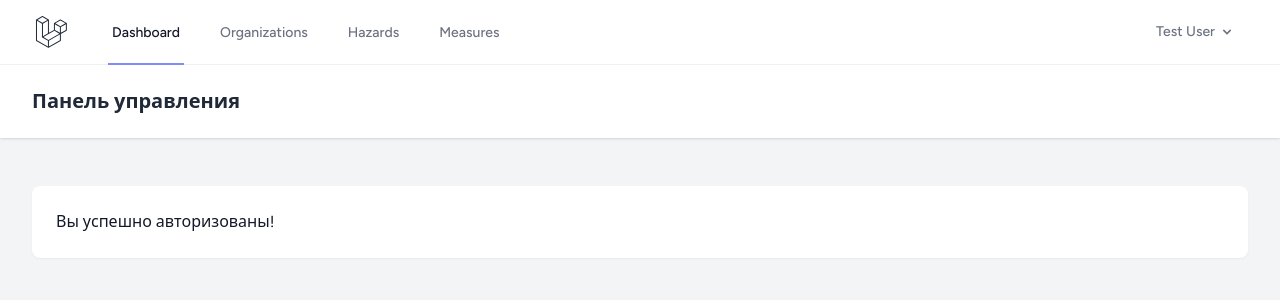
Repository: viking240285/opr_wdist
Page: http://localhost/dashboard
These files come from the project's save history. The page is drawn as it stood at one moment and after the next save; the edit follows.
The browser window is 1280 px wide. The pictures show the whole page.
The page is served by the project's Laravel application, run on PHP 8.4 with Laravel 12. A made-up administrator, Test User (test@example.com), is signed in. Other server files are loaded and not shown. Style sheets and scripts are compiled from the project's sources, by tool versions that may differ from the author's.

Above is the page before, as saved 2025-04-08 22:47:15.
Console error: SyntaxError: Identifier 'currentModal' has already been declared

### routes/web.php
<?php

use App\Http\Controllers\ProfileController;
use App\Http\Controllers\OrganizationController;
use App\Http\Controllers\DepartmentController;
use App\Http\Controllers\PositionController;
use App\Http\Controllers\WorkplaceController;
use App\Http\Controllers\HazardController;
use App\Http\Controllers\RiskMapController;
use App\Http\Controllers\RiskAssessmentController;
use App\Http\Controllers\MeasureController;
use App\Http\Controllers\SettingsController;
use Illuminate\Support\Facades\Route;

Route::get('/', function () {
    return view('welcome');
});

Route::get('/dashboard', function () {
    return view('dashboard');
})->middleware(['auth', 'verified'])->name('dashboard');

Route::middleware('auth')->group(function () {
    Route::get('/profile', [ProfileController::class, 'edit'])->name('profile.edit');
    Route::patch('/profile', [ProfileController::class, 'update'])->name('profile.update');
    Route::delete('/profile', [ProfileController::class, 'destroy'])->name('profile.destroy');

    // Resource route for Organizations
    Route::resource('organizations', OrganizationController::class);

    // Nested resource route for Departments within Organizations
    Route::resource('organizations.departments', DepartmentController::class)->scoped([
        'department' => 'id', // Optional: Customize scoping if needed
    ])->shallow(); // Makes routes like /departments/{department}/edit simpler

    // Nested resource route for Positions within Departments
    Route::resource('departments.positions', PositionController::class)->shallow();

    // Resource route for Workplaces (nested under Organizations for context)
    Route::resource('organizations.workplaces', WorkplaceController::class)->shallow();

    // Resource route for Hazards (global reference)
    Route::resource('hazards', HazardController::class);

    // Nested resource route for Risk Maps within Workplaces
    Route::resource('workplaces.risk-maps', RiskMapController::class)->shallow();

    // Nested resource route for Risk Assessments within Risk Maps
    Route::resource('risk-maps.assessments', RiskAssessmentController::class)->shallow()->except(['index']); // Index is handled by RiskMapController@show

    // Resource route for Measures (global reference)
    Route::resource('measures', MeasureController::class);

    // Settings Routes (Admin only)
    Route::middleware('admin')->prefix('settings')->name('settings.')->group(function () {
        Route::get('risk', [SettingsController::class, 'editRiskSettings'])->name('risk.edit');
        Route::patch('risk', [SettingsController::class, 'updateRiskSettings'])->name('risk.update');
        // Add other settings pages here (e.g., general, appearance)
    });
});
require __DIR__ . '/auth.php';

### app/Models/User.php
<?php

namespace App\Models;

// use Illuminate\Contracts\Auth\MustVerifyEmail;
use Illuminate\Database\Eloquent\Factories\HasFactory;
use Illuminate\Foundation\Auth\User as Authenticatable;
use Illuminate\Notifications\Notifiable;
use Illuminate\Database\Eloquent\Relations\BelongsTo;

class User extends Authenticatable
{
    /** @use HasFactory<\Database\Factories\UserFactory> */
    use HasFactory, Notifiable;

    /**
     * The attributes that are mass assignable.
     *
     * @var array<int, string>
     */
    protected $fillable = [
        'name',
        'email',
        'password',
        'organization_id',
        'department_id',
        'position_id',
        'role',
    ];

    /**
     * The attributes that should be hidden for serialization.
     *
     * @var list<string>
     */
    protected $hidden = [
        'password',
        'remember_token',
    ];

    /**
     * Get the attributes that should be cast.
     *
     * @return array<string, string>
     */
    protected function casts(): array
    {
        return [
            'email_verified_at' => 'datetime',
            'password' => 'hashed',
        ];
    }

    public function organization(): BelongsTo
    {
        return $this->belongsTo(Organization::class);
    }

    public function department(): BelongsTo
    {
        return $this->belongsTo(Department::class);
    }

    public function position(): BelongsTo
    {
        return $this->belongsTo(Position::class);
    }
}

### resources/views/dashboard.blade.php
<x-app-layout>
    <x-slot name="header">
        <h2 class="font-semibold text-xl text-gray-800 dark:text-gray-200 leading-tight">
            {{ __('Панель управления') }}
        </h2>
    </x-slot>

    <div class="py-12">
        <div class="max-w-7xl mx-auto sm:px-6 lg:px-8">
            <div class="bg-white dark:bg-gray-800 overflow-hidden shadow-sm sm:rounded-lg">
                <div class="p-6 text-gray-900 dark:text-gray-100">
                    {{ __("Вы успешно авторизованы!") }}
                </div>
            </div>
        </div>
    </div>
</x-app-layout>

### resources/views/layouts/app.blade.php
<!DOCTYPE html>
<html lang="{{ str_replace('_', '-', app()->getLocale()) }}">
    <head>
        <meta charset="utf-8">
        <meta name="viewport" content="width=device-width, initial-scale=1">
        <meta name="csrf-token" content="{{ csrf_token() }}">

        <title>{{ config('app.name', 'Laravel') }}</title>

        <!-- Fonts -->
        <link rel="preconnect" href="https://fonts.bunny.net">
        <link href="https://fonts.bunny.net/css?family=figtree:400,500,600&display=swap" rel="stylesheet" />

        <!-- BladewindUI -->
        <link href="{{ asset('vendor/bladewind/css/animate.min.css') }}" rel="stylesheet" />
        <link href="{{ asset('vendor/bladewind/css/bladewind-ui.min.css') }}" rel="stylesheet" />
        <script src="{{ asset('vendor/bladewind/js/helpers.js') }}"></script>

        <!-- Scripts -->
        @vite(['resources/css/app.css', 'resources/js/app.js'])
    </head>
    <body class="font-sans antialiased">
        <div class="min-h-screen bg-gray-100 dark:bg-gray-900">
            @include('layouts.navigation')

            <!-- Page Heading -->
            @if (isset($header))
                <header class="bg-white dark:bg-gray-800 shadow">
                    <div class="max-w-7xl mx-auto py-6 px-4 sm:px-6 lg:px-8">
                        {{ $header }}
                    </div>
                </header>
            @endif

            <!-- Page Content -->
            <main>
                {{ $slot }}
            </main>
        </div>
        <!-- BladewindUI JS -->
        <script src="{{ asset('vendor/bladewind/js/helpers.js') }}"></script>
        {{-- Add this below the Bladewind helper script --}}
        <script src="{{ asset('vendor/bladewind/js/notification.js') }}"></script>
    </body>
</html>

### resources/views/layouts/navigation.blade.php
<nav x-data="{ open: false }" class="bg-white dark:bg-gray-800 border-b border-gray-100 dark:border-gray-700">
    <!-- Primary Navigation Menu -->
    <div class="max-w-7xl mx-auto px-4 sm:px-6 lg:px-8">
        <div class="flex justify-between h-16">
            <div class="flex">
                <!-- Logo -->
                <div class="shrink-0 flex items-center">
                    <a href="{{ route('dashboard') }}">
                        <x-application-logo class="block h-9 w-auto fill-current text-gray-800 dark:text-gray-200" />
                    </a>
                </div>

                <!-- Navigation Links -->
                <div class="hidden space-x-8 sm:-my-px sm:ms-10 sm:flex">
                    <x-nav-link :href="route('dashboard')" :active="request()->routeIs('dashboard')">
                        {{ __('Dashboard') }}
                    </x-nav-link>
                    <x-nav-link :href="route('organizations.index')" :active="request()->routeIs('organizations.*')">
                        {{ __('Organizations') }}
                    </x-nav-link>
                    <x-nav-link :href="route('hazards.index')" :active="request()->routeIs('hazards.*')">
                        {{ __('Hazards') }}
                    </x-nav-link>
                    <x-nav-link :href="route('measures.index')" :active="request()->routeIs('measures.*')">
                        {{ __('Measures') }}
                    </x-nav-link>
                </div>
            </div>

            <!-- Settings Dropdown -->
            <div class="hidden sm:flex sm:items-center sm:ms-6">
                <x-dropdown align="right" width="48">
                    <x-slot name="trigger">
                        <button class="inline-flex items-center px-3 py-2 border border-transparent text-sm leading-4 font-medium rounded-md text-gray-500 dark:text-gray-400 bg-white dark:bg-gray-800 hover:text-gray-700 dark:hover:text-gray-300 focus:outline-none transition ease-in-out duration-150">
                            <div>{{ Auth::user()->name }}</div>

                            <div class="ms-1">
                                <svg class="fill-current h-4 w-4" xmlns="http://www.w3.org/2000/svg" viewBox="0 0 20 20">
                                    <path fill-rule="evenodd" d="M5.293 7.293a1 1 0 011.414 0L10 10.586l3.293-3.293a1 1 0 111.414 1.414l-4 4a1 1 0 01-1.414 0l-4-4a1 1 0 010-1.414z" clip-rule="evenodd" />
                                </svg>
                            </div>
                        </button>
                    </x-slot>

                    <x-slot name="content">
                        <x-dropdown-link :href="route('profile.edit')">
                            {{ __('Profile') }}
                        </x-dropdown-link>

                        <!-- Authentication -->
                        <form method="POST" action="{{ route('logout') }}">
                            @csrf

                            <x-dropdown-link :href="route('logout')"
                                    onclick="event.preventDefault();
                                                this.closest('form').submit();">
                                {{ __('Log Out') }}
                            </x-dropdown-link>
                        </form>
                    </x-slot>
                </x-dropdown>
            </div>

            <!-- Hamburger -->
            <div class="-me-2 flex items-center sm:hidden">
                <button @click="open = ! open" class="inline-flex items-center justify-center p-2 rounded-md text-gray-400 dark:text-gray-500 hover:text-gray-500 dark:hover:text-gray-400 hover:bg-gray-100 dark:hover:bg-gray-900 focus:outline-none focus:bg-gray-100 dark:focus:bg-gray-900 focus:text-gray-500 dark:focus:text-gray-400 transition duration-150 ease-in-out">
                    <svg class="h-6 w-6" stroke="currentColor" fill="none" viewBox="0 0 24 24">
                        <path :class="{'hidden': open, 'inline-flex': ! open }" class="inline-flex" stroke-linecap="round" stroke-linejoin="round" stroke-width="2" d="M4 6h16M4 12h16M4 18h16" />
                        <path :class="{'hidden': ! open, 'inline-flex': open }" class="hidden" stroke-linecap="round" stroke-linejoin="round" stroke-width="2" d="M6 18L18 6M6 6l12 12" />
                    </svg>
                </button>
            </div>
        </div>
    </div>

    <!-- Responsive Navigation Menu -->
    <div :class="{'block': open, 'hidden': ! open}" class="hidden sm:hidden">
        <div class="pt-2 pb-3 space-y-1">
            <x-responsive-nav-link :href="route('dashboard')" :active="request()->routeIs('dashboard')">
                {{ __('Dashboard') }}
            </x-responsive-nav-link>
            <x-responsive-nav-link :href="route('organizations.index')" :active="request()->routeIs('organizations.*')">
                {{ __('Organizations') }}
            </x-responsive-nav-link>
            <x-responsive-nav-link :href="route('hazards.index')" :active="request()->routeIs('hazards.*')">
                {{ __('Hazards') }}
            </x-responsive-nav-link>
            <x-responsive-nav-link :href="route('measures.index')" :active="request()->routeIs('measures.*')">
                {{ __('Measures') }}
            </x-responsive-nav-link>
        </div>

        <!-- Responsive Settings Options -->
        <div class="pt-4 pb-1 border-t border-gray-200 dark:border-gray-600">
            <div class="px-4">
                <div class="font-medium text-base text-gray-800 dark:text-gray-200">{{ Auth::user()->name }}</div>
                <div class="font-medium text-sm text-gray-500">{{ Auth::user()->email }}</div>
            </div>

            <div class="mt-3 space-y-1">
                <x-responsive-nav-link :href="route('profile.edit')">
                    {{ __('Profile') }}
                </x-responsive-nav-link>

                <!-- Authentication -->
                <form method="POST" action="{{ route('logout') }}">
                    @csrf

                    <x-responsive-nav-link :href="route('logout')"
                            onclick="event.preventDefault();
                                        this.closest('form').submit();">
                        {{ __('Log Out') }}
                    </x-responsive-nav-link>
                </form>
            </div>
        </div>
    </div>
</nav>

Loaded but not shown: app/Providers/AppServiceProvider.php (common file); routes/auth.php (common file); app/Http/Controllers/Auth/EmailVerificationPromptController.php (common file); app/Http/Controllers/Controller.php (common file); app/Http/Controllers/Auth/VerifyEmailController.php (common file); app/View/Components/AppLayout.php (common file); resources/views/components/application-logo.blade.php (common file); resources/views/components/nav-link.blade.php (common file); resources/views/components/dropdown-link.blade.php (common file); resources/views/components/dropdown.blade.php (common file); resources/views/components/responsive-nav-link.blade.php (common file); resources/css/app.css (common file); tailwind.config.js (common file); resources/js/app.js (common file); resources/js/bootstrap.js (common file)

After the next save:
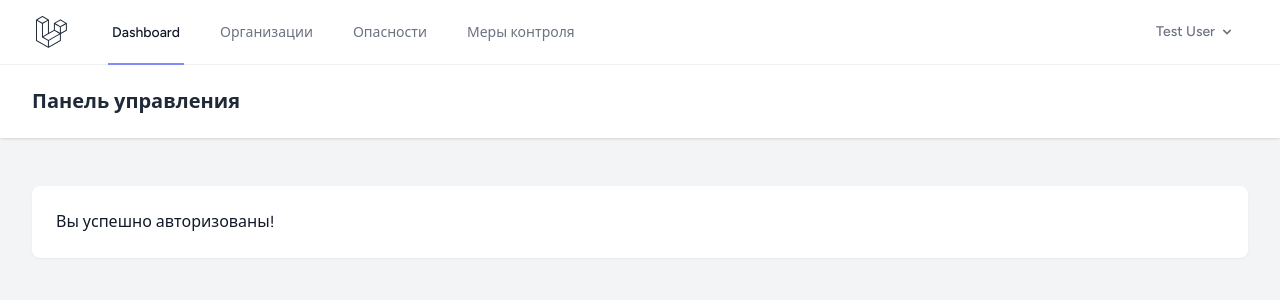
Saved 2 min 19 s later.
--- a/resources/views/layouts/navigation.blade.php
+++ b/resources/views/layouts/navigation.blade.php
@@ -16,13 +16,13 @@
                         {{ __('Dashboard') }}
                     </x-nav-link>
                     <x-nav-link :href="route('organizations.index')" :active="request()->routeIs('organizations.*')">
-                        {{ __('Organizations') }}
+                        {{ __('Организации') }}
                     </x-nav-link>
                     <x-nav-link :href="route('hazards.index')" :active="request()->routeIs('hazards.*')">
-                        {{ __('Hazards') }}
+                        {{ __('Опасности') }}
                     </x-nav-link>
                     <x-nav-link :href="route('measures.index')" :active="request()->routeIs('measures.*')">
-                        {{ __('Measures') }}
+                        {{ __('Меры контроля') }}
                     </x-nav-link>
                 </div>
             </div>
@@ -80,13 +80,13 @@
                 {{ __('Dashboard') }}
             </x-responsive-nav-link>
             <x-responsive-nav-link :href="route('organizations.index')" :active="request()->routeIs('organizations.*')">
-                {{ __('Organizations') }}
+                {{ __('Организации') }}
             </x-responsive-nav-link>
             <x-responsive-nav-link :href="route('hazards.index')" :active="request()->routeIs('hazards.*')">
-                {{ __('Hazards') }}
+                {{ __('Опасности') }}
             </x-responsive-nav-link>
             <x-responsive-nav-link :href="route('measures.index')" :active="request()->routeIs('measures.*')">
-                {{ __('Measures') }}
+                {{ __('Меры контроля') }}
             </x-responsive-nav-link>
         </div>
 
